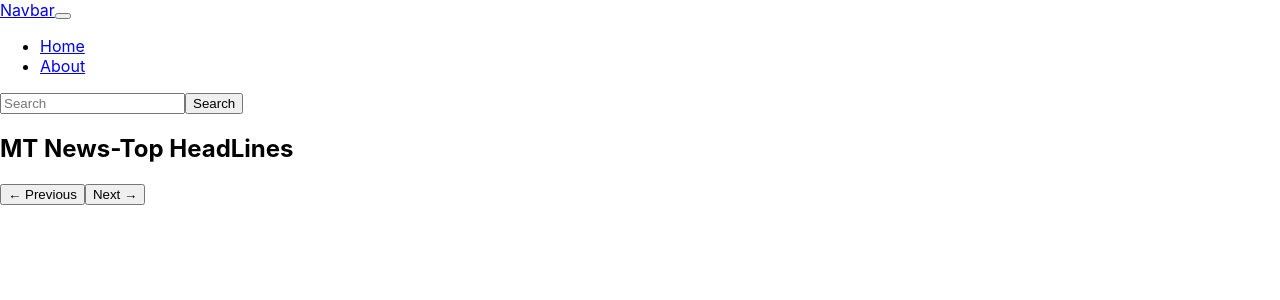
Repository: professorsourabh/news_website_using-ReactJS
Page: /
An editor plug-in stored every save of this project. The page is shown before and after the next save, followed by the edit.
The browser window is 1280 px wide. The pictures show the whole page.
The page's requests for data from a server got no answer. The project was rebuilt for these pictures with package versions that can differ from the ones it lists, and the page was loaded fresh each time. No one was signed in, and anything a server would have sent is missing. Also part of the build but not shown: src/App.css, src/Components/NewsaItem.js.

Above is the page before, as saved 2023-05-14 10:42:03.

After the next save:
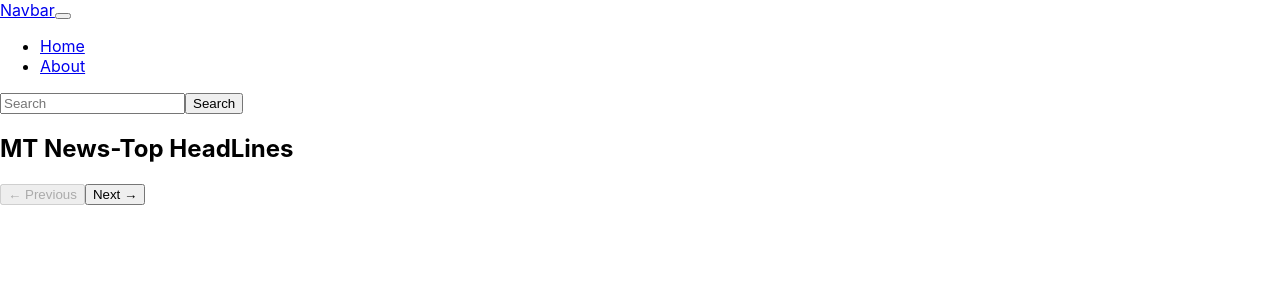
Saved 4 min 13 s later.
--- a/src/Components/News.js
+++ b/src/Components/News.js
@@ -19,8 +19,13 @@
       let parsedData=await data.json();
       console.log(parsedData);
       this.setState({articles: parsedData.articles})
+  }
+  handlePreviousClick=()=>{
 
-    }
+  }
+  handleNextClick=()=>{
+
+  }
   render() {
     return (
       <div className='container my-3'>
@@ -34,7 +39,7 @@
         })}
         </div>
         <div className="container d-flex justify-content-between">
-          <button type='button' className='btn btn-info my-2 mx-2'onClick={this.handlePreviousClick}>&#8592; Previous</button>
+          <button disabled={this.state.page<=1} type='button' className='btn btn-info my-2 mx-2' onClick={this.handlePreviousClick} >&#8592; Previous</button>
 
           <button type='button' className='btn btn-info my-2 mx-2' onClick={this.handleNextClick}>Next &#8594;</button>
         </div>
